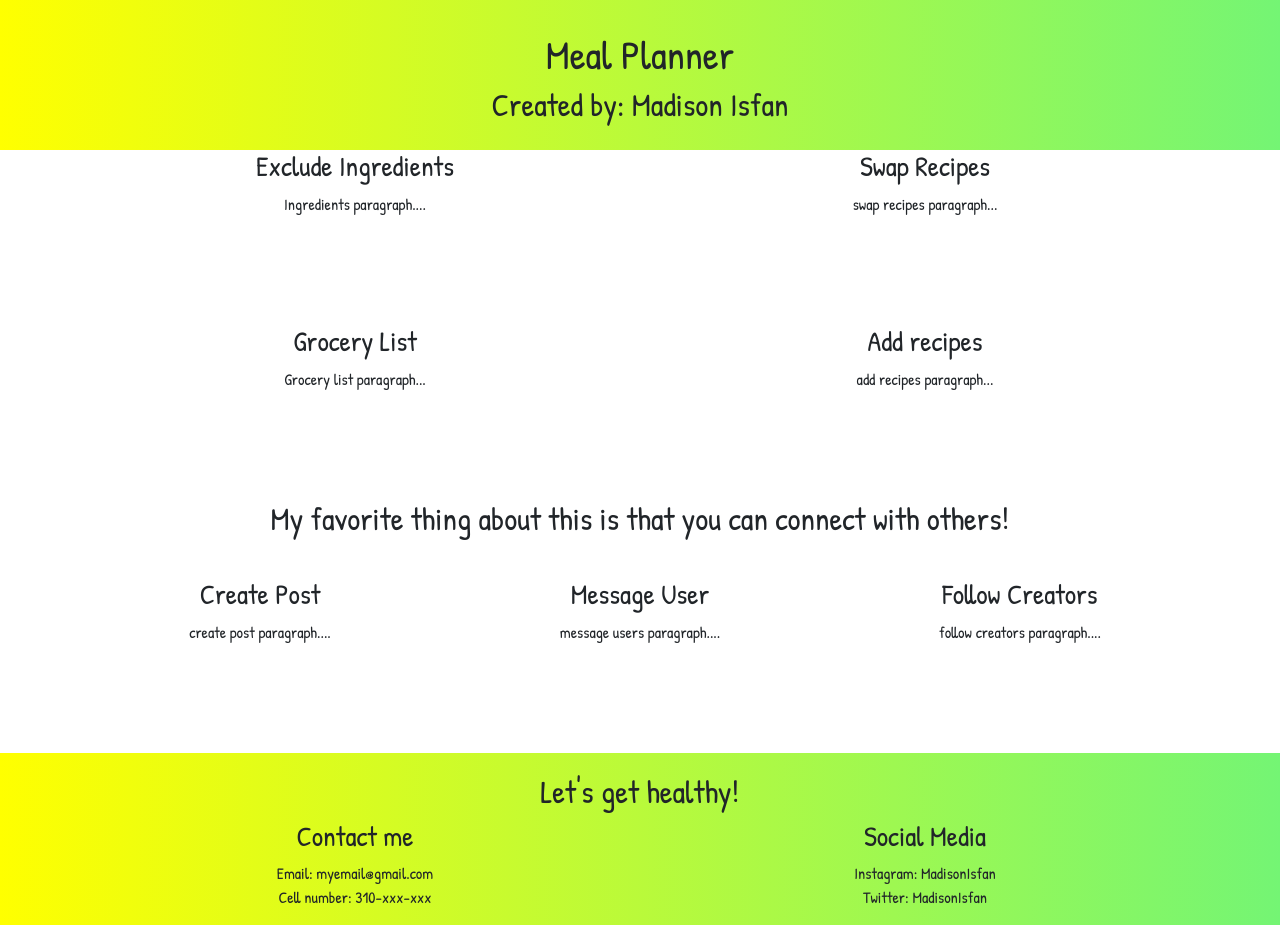
Repository: madisonisfan/Meal-Planner
Page: index.html
These files come from the project's save history. The page is drawn as it stood at one moment and after the next save; the edit follows.
The browser window is 1280 px wide. The pictures show the whole page.
Some web libraries are served in a nearby version.

Above is the page before, as saved 2021-02-17 17:34:24.

### index.html
<!DOCTYPE html>
<head>

    <meta charset="utf-8"/>
    <meta name="viewport" content="width=device-width, initial-scale=1"/>

    <link rel="stylesheet" href="node_modules/bootstrap/dist/css/bootstrap.min.css" />

    <link rel="stylesheet" href="https://fonts.googleapis.com/css?family=Indie+Flower|Patrick+Hand" />
    <link rel="stylesheet" href="css/styles.css"/>
    <title> Meal Planner </title>
</head>

<body>

    <header class="jumbotron">
        <div class="container">
            <div class="row row-content  justify-content-center">
                <div class="col text-center saling-self">
                    <h1>Meal Planner</h1>
                    <h2>Created by: Madison Isfan</h2>
                </div>
            </div>
        </div>

    </header>

    <div class="container ">
        <div class="row row-content">
            <div class="col-12 text-center col-md">
                <h3>Exclude Ingredients</h3>
                <p>Ingredients paragraph....</p>
            </div>
            <div class="col-12 text-center col-md">
                <h3>Swap Recipes</h3>
                <p >swap recipes paragraph...</p>
            </div>
        </div>

        <div class="row row-content ">
            <div class="col-12 text-center col-md">
                <h3>Grocery List</h3>
                <p>Grocery list paragraph...</p>
            </div>
            <div class="col-12 text-center col-md">
                <h3>Add recipes</h3>
                <p>add recipes paragraph...</p>
            </div>
        </div>

    </div> <!--End of container-->

    <div class="container">
        <div class="row align-items-start">
            <div class="col ">
                <h2 class=" extra-header text-center">My favorite thing about this is that you can connect with others!</h2>
            </div>
        </div>
        <div class="row row-content align-items-start justify-content-center" >
            <div class="col-12 text-center col-md">
                <h3>Create Post</h3>
                <p>create post paragraph....</p>

            </div>
            <div class="col-12 text-center col-md">
                <h3>Message User</h3>
                <p>message users paragraph....</p>
            </div>
            <div class="col-12 text-center col-md">
                <h3>Follow Creators</h3>
                <p>follow creators paragraph....</p>
            </div>

        </div>

    </div>

    <footer>
        <div class="container">
            <div class="row">
                <div class ="col">
                    <h2 class="text-center"> Let's get healthy! </h2>
                </div>
            </div>

            <div class="row">
                <div class="col-12 text-center col-md">
                    <h3 >Contact me</h3>
                    <ul class="list-unstyled">
                        <li>Email: myemail@gmail.com</li>
                        <li>Cell number: 310-xxx-xxx</li>
                    </ul>

                </div>
                <div class="col-12 text-center col-md">
                    <h3 >Social Media</h3>
                    <ul class="list-unstyled">
                        <li>Instagram: MadisonIsfan</li>
                        <li>Twitter: MadisonIsfan</li>
                    </ul>

                </div>
            </div>
        </div>
    </footer>


    <script src="node_modules/jquery/dist/jquery.slim.min.js"></script>
    <script src="node_modules/popper.js/dist/umd/popper.min.js"></script>
    <script src="node_modules/bootstrap/dist/js/bootstrap.min.js"></script>
</body>


</html>

### css/styles.css
header {
  padding: 20px;
  height: 150px;
}
body {
  font-family: "Patrick Hand";
}

footer {
  background-image: linear-gradient(to right, yellow, rgb(116, 245, 116));
  padding-top: 20px;
}

.row-content {
  min-height: 175px;
}

.jumbotron {
  padding: 30px;
  background-image: linear-gradient(to right, yellow, rgb(116, 245, 116));
}

.extra-header {
  margin-bottom: 40px;
}

After the next save:
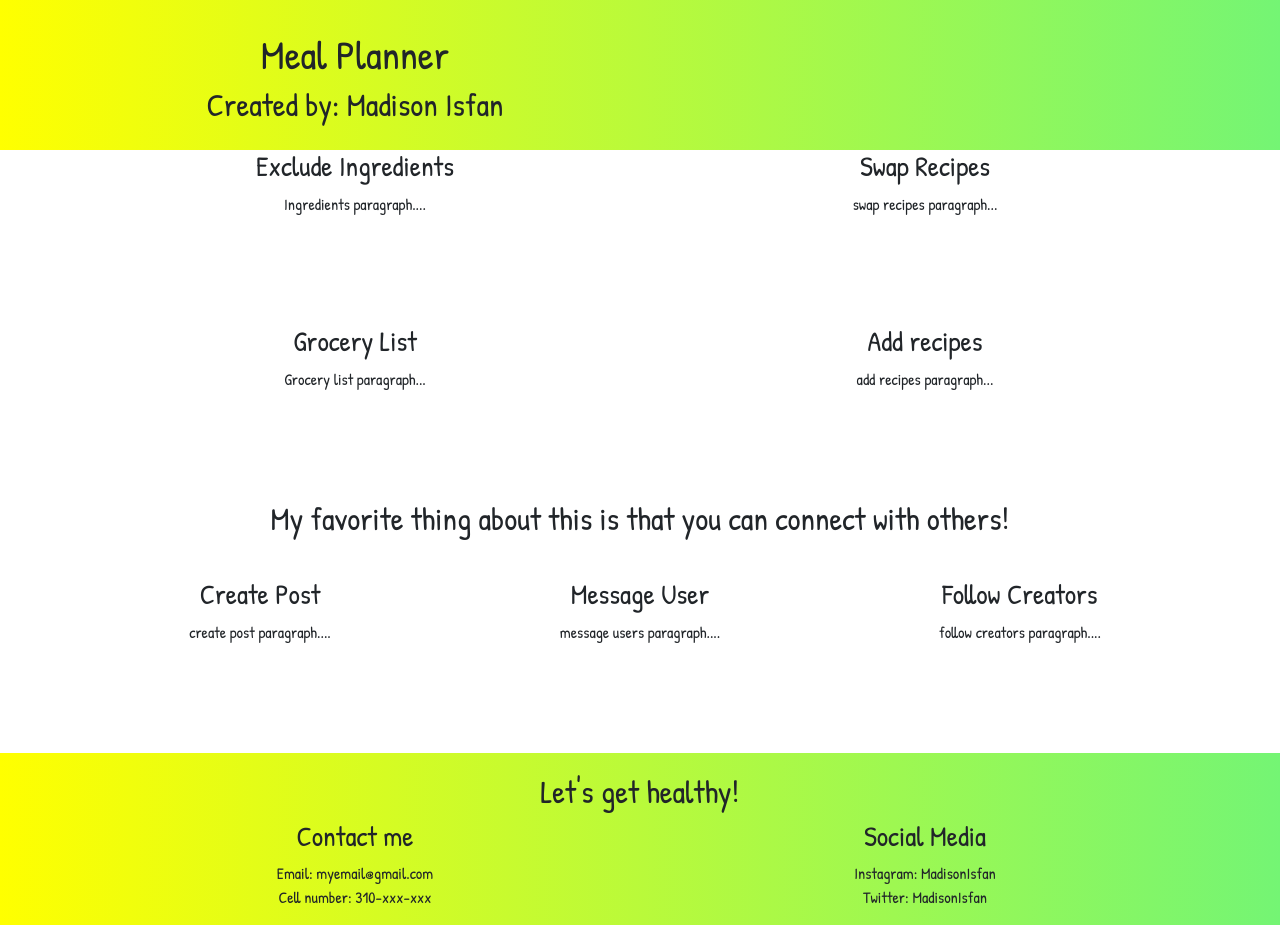
Saved 2 min 52 s later.
--- a/index.html
+++ b/index.html
@@ -16,9 +16,12 @@
     <header class="jumbotron">
         <div class="container">
             <div class="row row-content  justify-content-center">
-                <div class="col text-center saling-self">
+                <div class="col text-center">
                     <h1>Meal Planner</h1>
                     <h2>Created by: Madison Isfan</h2>
+                </div>
+                <div class="col">
+
                 </div>
             </div>
         </div>
